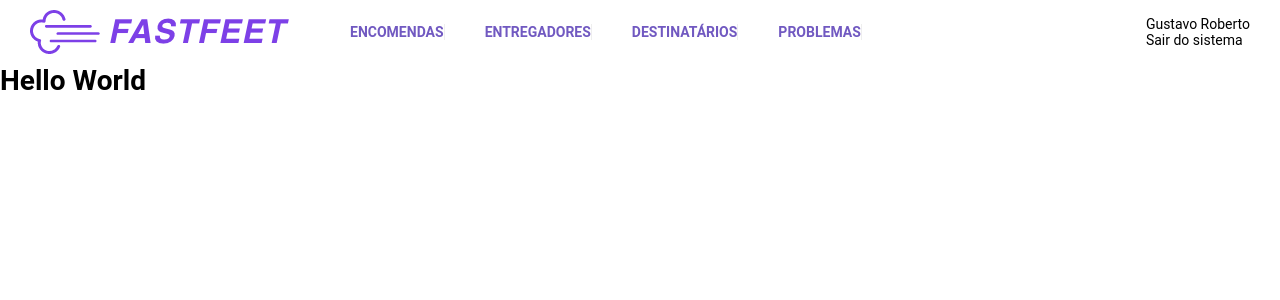
Repository: guuhx97/fastfeet
Page: / (app in frontend/)
An editor plug-in stored every save of this project. The page is shown before and after the next save, followed by the edit.
The browser window is 1280 px wide. The pictures show the whole page.
The project was rebuilt for these pictures with package versions that can differ from the ones it lists, and the page was loaded fresh each time.

Above is the page before, as saved 2020-06-26 15:12:52.

### frontend/src/App.js
import React from 'react';

import Header from './components/Header';
import GlobalStyles from './styles/global';

function App() {
  return (
    <>
      <Header />
      <GlobalStyles />
      <h1>Hello World</h1>
    </>
  );
}

export default App;

### frontend/src/components/Header/index.js
import React from 'react';
import { Link } from 'react-router-dom';

import { Container, Content, Profile, User, Logout } from './styles';
import logo from '../../assets/fastfeet-logo.png'
function Header() {
  return (
    <Container>
      <Content>
        <nav>
          <img src={logo} alt="FastFeet"/>
          <a href="/encomenda">ENCOMENDAS</a>
          <a href="/encomenda">ENTREGADORES</a>
          <a href="/encomenda">DESTINATÁRIOS</a>
          <a href="/encomenda">PROBLEMAS</a>
        </nav>
        <aside>
          <Profile>
            <User>Gustavo Roberto</User>
            <Logout>Sair do sistema</Logout>
          </Profile>
        </aside>
      </Content>
    </Container>
  );
}

export default Header;

### frontend/src/styles/global.js
import { createGlobalStyle } from 'styled-components';

export default createGlobalStyle`
  @import url('https://fonts.googleapis.com/css2?family=Roboto:wght@400;700&display=swap');
  * {
    margin: 0;
    padding: 0;
    outline: 0;
    box-sizing: border-box
  }

  *:focus {
    outline: 0
  }

  html, body, #root {
    height: 100%
  }

  body {
    -webkit-font-smoothing: antialiased;
  }

  body, input, button {
    font: 14px 'Roboto', sans-serif;
  }

  a {
    text-decoration: none;
  }

  ul {
    text-decoration: none;
  }

  button {
    cursor: pointer
  }
`;

### frontend/src/components/Header/styles.js
import styled from 'styled-components';

export const Container = styled.div`
  background: #fff;
  padding: 0 30px;
`;

export const Content = styled.div`
  height: 64px;
  width: 100%;
  margin: 0 auto;
  display: flex;
  justify-content: space-between;
  align-items: center;

  nav {
    display: flex;
    align-items: center;

    img {
    margin-right: 20px;
    padding-right: 20px;
    }

    a {
      font-weight: bold;
      color: #7159c1;
      margin: 20px;
      border-right: 1px solid #eee;
    }
  }

`;

export const Profile = styled.div`

`;

export const User = styled.div`

`;

export const Logout = styled.div`

`;

Loaded but not shown: frontend/public/index.html (common file); frontend/src/index.js (common file)

After the next save:
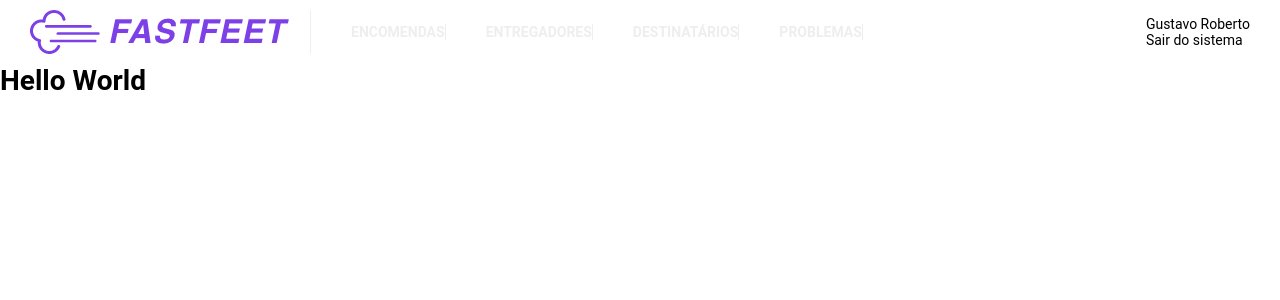
Saved 61 s later.
--- a/frontend/src/components/Header/styles.js
+++ b/frontend/src/components/Header/styles.js
@@ -20,11 +20,12 @@ export const Content = styled.div`
     img {
     margin-right: 20px;
     padding-right: 20px;
+    border-right: 1px solid #eee;
     }
 
     a {
       font-weight: bold;
-      color: #7159c1;
+      color: #eee;
       margin: 20px;
       border-right: 1px solid #eee;
     }
